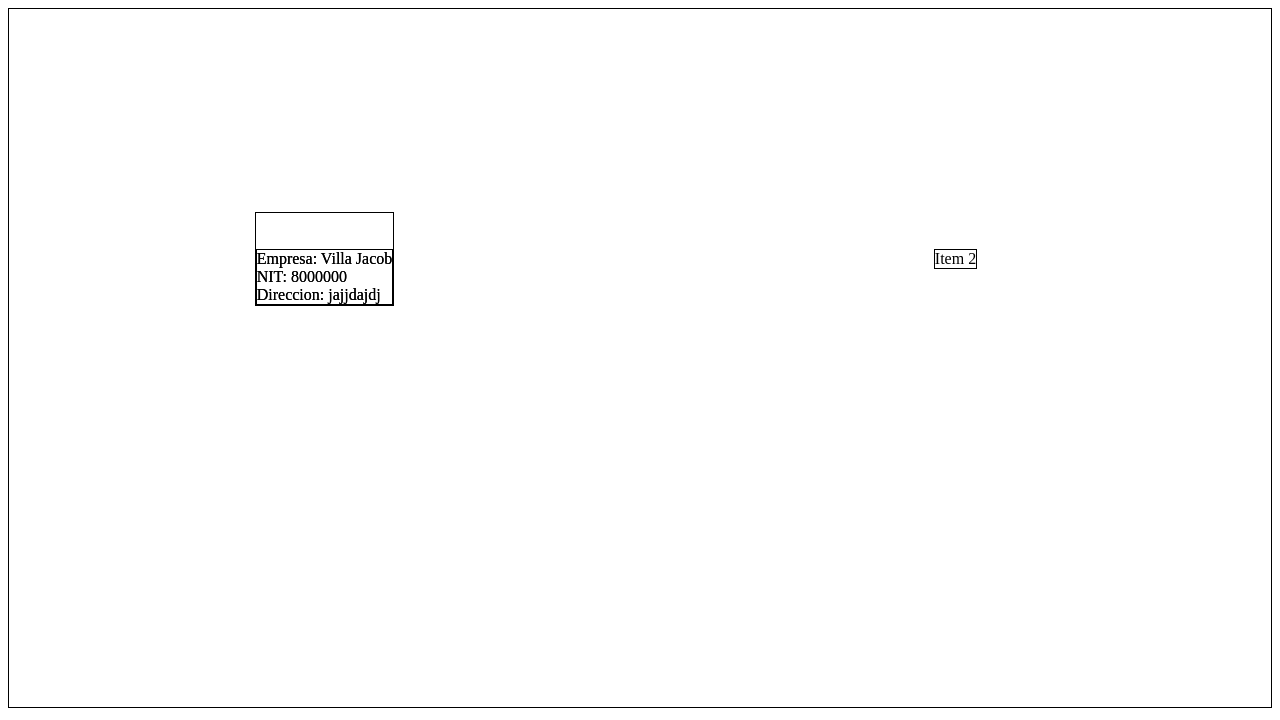
Repository: MrVanQish/FacturaEstructura
Page: index.html
The author's editor kept a copy of each file at every save. The page is drawn from the files as they stood at one save, then again after a run of saves.
The browser window is 1280 px wide. The pictures show the whole page.

Above is the page before, as saved 2021-09-29 09:18:05.

### index.html
<!DOCTYPE html>
<html lang="en">
<head>
    <meta charset="UTF-8">
    <meta http-equiv="X-UA-Compatible" content="IE=edge">
    <meta name="viewport" content="width=device-width, initial-scale=1.0">
    <title>Document</title>
    <link rel="stylesheet" href="styles.css">
</head>
<body>

    <div class="wrapper">
        <div class="factura1">
                <div class="infoEmpresa-f">
                    Empresa: Villa Jacob
                    <br>
                    NIT: 8000000
                    <br>
                    Direccion: jajjdajdj
                </div>
                <br>
                <div class="infoCliente-f">
                    Empresa: Villa Jacob
                    <br>
                    NIT: 8000000
                    <br>
                    Direccion: jajjdajdj
                </div>

                <!-- //t -->
            <div class="body-f">

            </div>
        </div>

        <div class="factura2">Item 2</div>
       </div>

</body>
</html>

### styles.css
.wrapper {
    height: 97vh;
    border: 1px solid #000;
    display: grid;
    grid-template-columns: 1fr 1fr;
    grid-template-rows: 500px;
    grid-template-areas:
      "f1 f2";
  }

  .factura1 {

    display: grid;
    grid-area: f1;
    align-self: center;
    border: 1px solid #000;
    justify-self: center;
    grid-template-columns: 1fr 1fr;
    grid-template-rows: 1fr 1fr;
    grid-template-areas:
      "header-f
      body-f table-f"
  }

  .factura2 {
    grid-area: f2;
    border: 1px solid #000;
    align-self: center;
    justify-self: center;
  }

@page {
    size: A4 landscape;
}


.infoEmpresa-f{

    grid-area: header-f;
    border: 1px solid #000;
    align-self: center;
    justify-self: center;

}

.infoCliente-f{
    grid-area: table-f;
    border: 1px solid #000;
    align-self: center;
    justify-self: center;
}

After the next 4 saves:
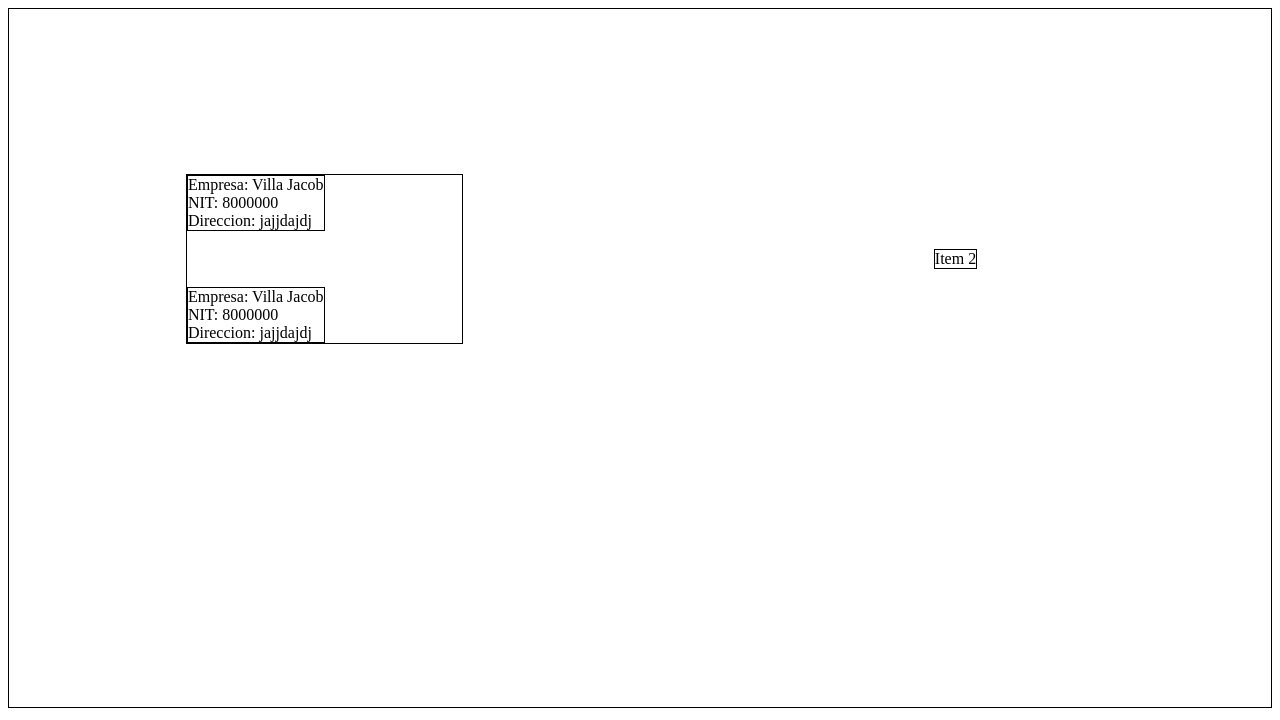
The 4 saves are shown as one change because they came seconds apart.
The last was saved 12 s later.
--- a/styles.css
+++ b/styles.css
@@ -18,8 +18,8 @@
     grid-template-columns: 1fr 1fr;
     grid-template-rows: 1fr 1fr;
     grid-template-areas:
-      "header-f
-      body-f table-f"
+      "header-f"
+      "body-f" "table-f"
   }
 
   .factura2 {

After the save that followed:
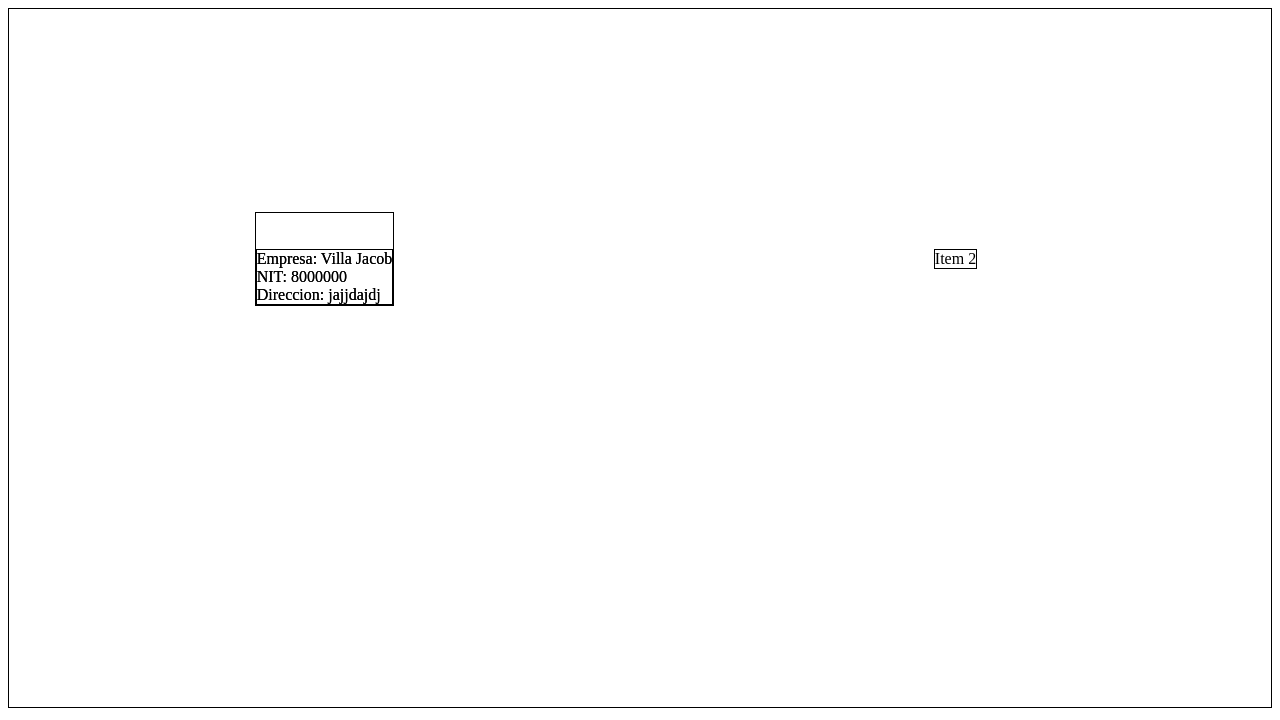
Saved 5 s later.
--- a/styles.css
+++ b/styles.css
@@ -19,7 +19,7 @@
     grid-template-rows: 1fr 1fr;
     grid-template-areas:
       "header-f"
-      "body-f" "table-f"
+      "body-f" "table-f",
   }
 
   .factura2 {
